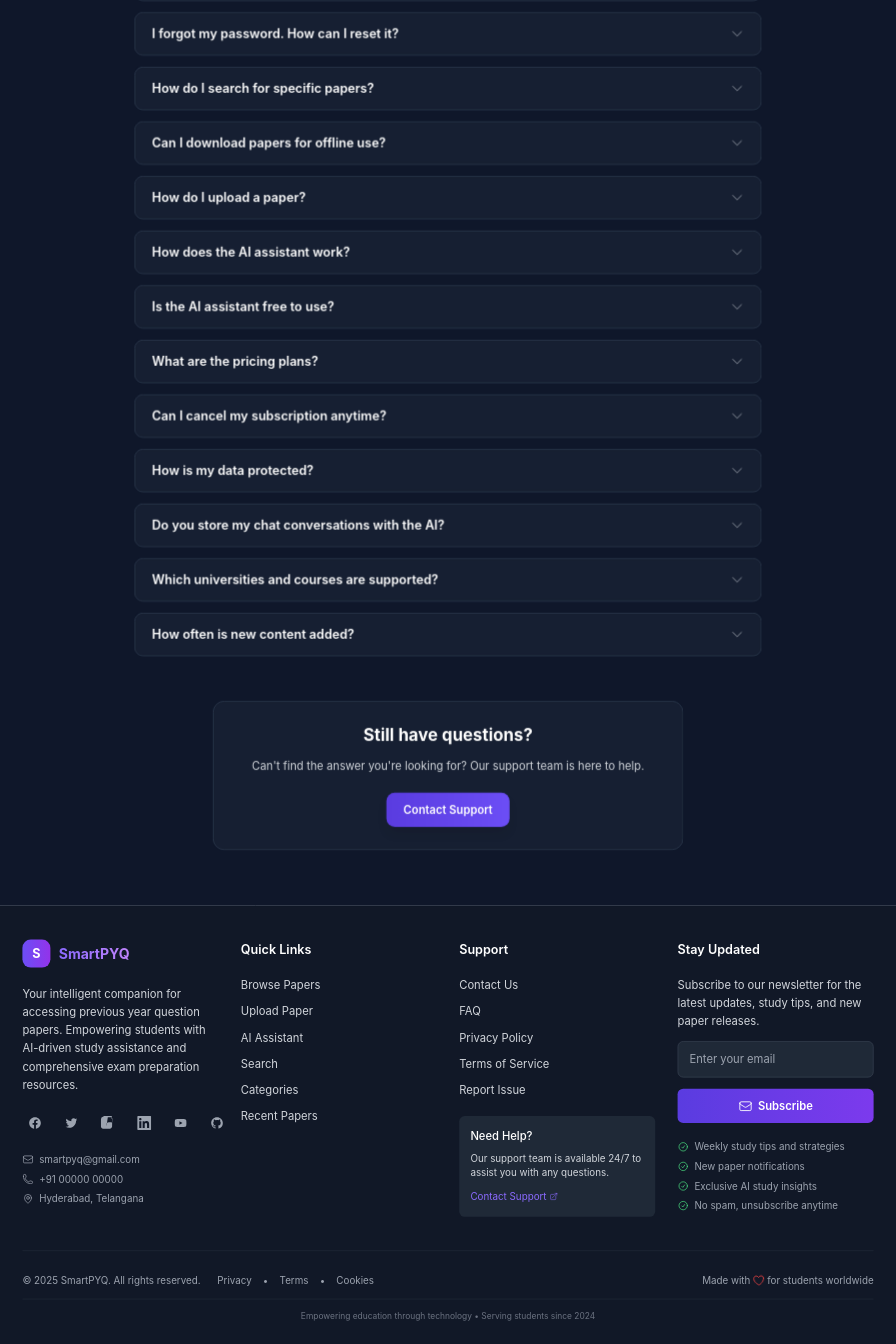
Repository: sumer52/smartpyq
Page: /faq (app in smartpyq-frontend/)
The author's editor kept a copy of each file at every save. The page is drawn from the files as they stood at one save, then again after the next save.
The browser window is 1280 px wide. The pictures show the part of the page from y = 746 to 2666 px (the page is 2666 px tall before and 2588 px after), at 70% of full size.
The project was rebuilt for these pictures with package versions that can differ from the ones it lists, and the page was loaded fresh each time. Also part of the build but not shown: smartpyq-frontend/vite.config.js. Imported but missing from the stored project, and not drawn on this page: smartpyq-frontend/src/pages/RegisterPage.

Above is the page before, as saved 2025-09-09 03:54:18.

### smartpyq-frontend/index.html
<!doctype html>
<html lang="en">
  <head>
    <meta charset="UTF-8" />
    <link rel="icon" type="image/svg+xml" href="/vite.svg" />
    <meta name="viewport" content="width=device-width, initial-scale=1.0" />
    <meta name="description" content="SmartPYQ - Unlock Previous Year Papers with AI-powered study assistance. Access, analyze, and excel with intelligent question paper platform." />
    <meta name="keywords" content="previous year papers, PYQ, AI study assistant, education, exam preparation, student platform" />
    <meta name="author" content="SmartPYQ Team" />

    <!-- Open Graph / Facebook -->
    <meta property="og:type" content="website" />
    <meta property="og:url" content="https://smartpyq.com/" />
    <meta property="og:title" content="SmartPYQ - Intelligent Previous Year Papers Platform" />
    <meta property="og:description" content="Unlock Previous Year Papers with AI-powered study assistance" />

    <!-- Twitter -->
    <meta property="twitter:card" content="summary_large_image" />
    <meta property="twitter:url" content="https://smartpyq.com/" />
    <meta property="twitter:title" content="SmartPYQ - Intelligent Previous Year Papers Platform" />
    <meta property="twitter:description" content="Unlock Previous Year Papers with AI-powered study assistance" />

    <!-- Accessibility -->
    <meta name="theme-color" content="#6C4EF6" />
    <meta name="color-scheme" content="light dark" />

    <!-- Preconnect for performance -->
    <link rel="preconnect" href="https://fonts.googleapis.com" />
    <link rel="preconnect" href="https://fonts.gstatic.com" crossorigin />

    <title>SmartPYQ - Intelligent Previous Year Papers Platform</title>
  </head>
  <body>
    <div id="root"></div>
    <script type="module" src="/src/main.jsx"></script>
  </body>
</html>

### smartpyq-frontend/src/main.jsx
import React from 'react'
import ReactDOM from 'react-dom/client'
import { BrowserRouter } from 'react-router-dom'
import App from './App.jsx'
import './index.css'

// Check for reduced motion preference
const prefersReducedMotion = window.matchMedia('(prefers-reduced-motion: reduce)').matches;

// Set CSS custom property for motion preference
if (prefersReducedMotion) {
  document.documentElement.style.setProperty('--motion-reduce', '1');
} else {
  document.documentElement.style.setProperty('--motion-reduce', '0');
}

// Add motion preference listener for dynamic changes
window.matchMedia('(prefers-reduced-motion: reduce)').addEventListener('change', (e) => {
  document.documentElement.style.setProperty('--motion-reduce', e.matches ? '1' : '0');
});

ReactDOM.createRoot(document.getElementById('root')).render(
  <React.StrictMode>
    <BrowserRouter>
      <App />
    </BrowserRouter>
  </React.StrictMode>,
)

### smartpyq-frontend/src/contexts/AuthContext.jsx
import React, { createContext, useContext, useState, useEffect } from 'react';

const AuthContext = createContext();

export const useAuth = () => {
  const context = useContext(AuthContext);
  if (!context) {
    throw new Error('useAuth must be used within an AuthProvider');
  }
  return context;
};

export const AuthProvider = ({ children }) => {
  const [user, setUser] = useState(null);
  const [isLoading, setIsLoading] = useState(true);
  const [isAuthenticated, setIsAuthenticated] = useState(false);

  // Mock user data for demonstration
  const mockUser = {
    id: 1,
    name: 'sumer',
    email: 'sumer@university.edu',
    avatar: 'https://images.unsplash.com/photo-1472099645785-5658abf4ff4e?w=150&h=150&fit=crop&crop=face',
    role: 'Student',
    course: 'B.Sc Computer Science',
    year: '3rd Year',
    semester: 'Semester 5',
    joinedDate: '2022-08-15',
    stats: {
      papersDownloaded: 47,
      studyStreak: 12,
      favoriteSubjects: ['Data Structures', 'Algorithms', 'Database Systems'],
      recentActivity: [
        { action: 'Downloaded', item: 'Data Structures - 2023 Paper', time: '2 hours ago' },
        { action: 'Saved', item: 'Algorithms - 2022 Paper', time: '1 day ago' },
        { action: 'Viewed', item: 'Database Systems - 2021 Paper', time: '2 days ago' }
      ]
    }
  };

  useEffect(() => {
    // Check for existing session
    const checkAuthStatus = () => {
      const token = localStorage.getItem('authToken');
      const userData = localStorage.getItem('userData');

      if (token && userData) {
        try {
          const parsedUser = JSON.parse(userData);
          setUser(parsedUser);
          setIsAuthenticated(true);
        } catch (error) {
          console.error('Error parsing user data:', error);
          localStorage.removeItem('authToken');
          localStorage.removeItem('userData');
        }
      }
      setIsLoading(false);
    };

    checkAuthStatus();
  }, []);

  const login = async (email, password) => {
    setIsLoading(true);

    try {
      // Simulate API call
      await new Promise(resolve => setTimeout(resolve, 1500));

      // Mock validation
      if (email === 'demo@smartpyq.com' && password === 'demo123') {
        const token = 'mock-jwt-token-' + Date.now();
        const userData = { ...mockUser, email };

        localStorage.setItem('authToken', token);
        localStorage.setItem('userData', JSON.stringify(userData));

        setUser(userData);
        setIsAuthenticated(true);
        setIsLoading(false);

        return { success: true, user: userData };
      } else {
        setIsLoading(false);
        return { success: false, error: 'Invalid email or password' };
      }
    } catch (error) {
      setIsLoading(false);
      return { success: false, error: 'Login failed. Please try again.' };
    }
  };

  const register = async (userData) => {
    setIsLoading(true);

    try {
      // Simulate API call
      await new Promise(resolve => setTimeout(resolve, 2000));

      const token = 'mock-jwt-token-' + Date.now();
      const newUser = {
        ...mockUser,
        name: userData.name,
        email: userData.email,
        course: userData.course || 'B.Sc Computer Science',
        stats: {
          ...mockUser.stats,
          papersDownloaded: 0,
          studyStreak: 0,
          recentActivity: []
        }
      };

      localStorage.setItem('authToken', token);
      localStorage.setItem('userData', JSON.stringify(newUser));

      setUser(newUser);
      setIsAuthenticated(true);
      setIsLoading(false);

      return { success: true, user: newUser };
    } catch (error) {
      setIsLoading(false);
      return { success: false, error: 'Registration failed. Please try again.' };
    }
  };

  const logout = () => {
    localStorage.removeItem('authToken');
    localStorage.removeItem('userData');
    setUser(null);
    setIsAuthenticated(false);
  };

  const updateUser = (updatedData) => {
    const updatedUser = { ...user, ...updatedData };
    setUser(updatedUser);
    localStorage.setItem('userData', JSON.stringify(updatedUser));
  };

  const forgotPassword = async (email) => {
    setIsLoading(true);

    try {
      // Simulate API call
      await new Promise(resolve => setTimeout(resolve, 1000));
      setIsLoading(false);
      return { success: true, message: 'Password reset link sent to your email' };
    } catch (error) {
      setIsLoading(false);
      return { success: false, error: 'Failed to send reset link' };
    }
  };

  const value = {
    user,
    isAuthenticated,
    isLoading,
    login,
    register,
    logout,
    updateUser,
    forgotPassword
  };

  return (
    <AuthContext.Provider value={value}>
      {children}
    </AuthContext.Provider>
  );
};

export default AuthContext;

### smartpyq-frontend/src/pages/FAQPage.jsx
import React, { useState } from 'react';
import { motion, AnimatePresence } from 'framer-motion';
import {
  ChevronDownIcon,
  MagnifyingGlassIcon,
  QuestionMarkCircleIcon,
  BookOpenIcon,
  UserIcon,
  CreditCardIcon,
  ShieldCheckIcon,
  ChatBubbleLeftRightIcon,
} from '@heroicons/react/24/outline';

const FAQPage = () => {
  const [searchTerm, setSearchTerm] = useState('');
  const [selectedCategory, setSelectedCategory] = useState('all');
  const [openItems, setOpenItems] = useState(new Set());

  const categories = [
    { id: 'all', name: 'All Questions', icon: QuestionMarkCircleIcon },
    { id: 'general', name: 'General', icon: BookOpenIcon },
    { id: 'account', name: 'Account', icon: UserIcon },
    { id: 'papers', name: 'Papers & Content', icon: BookOpenIcon },
    { id: 'ai', name: 'AI Assistant', icon: ChatBubbleLeftRightIcon },
    { id: 'billing', name: 'Billing', icon: CreditCardIcon },
    { id: 'privacy', name: 'Privacy & Security', icon: ShieldCheckIcon },
  ];

  const faqs = [
    {
      id: 1,
      category: 'general',
      question: 'What is SmartPYQ?',
      answer: 'SmartPYQ is an intelligent platform that provides students with access to previous year question papers (PYQs) from various universities and courses. Our AI-powered assistant helps you study more effectively by providing personalized recommendations and answering your questions about the papers.'
    },
    {
      id: 2,
      category: 'general',
      question: 'How do I get started with SmartPYQ?',
      answer: 'Getting started is easy! Simply sign up for a free account, browse our extensive collection of previous year papers, or use our AI assistant to get personalized study recommendations. You can also upload papers to contribute to our community.'
    },
    {
      id: 3,
      category: 'account',
      question: 'How do I create an account?',
      answer: 'Click the "Sign Up" button in the top navigation, fill in your details including name, email, and password. You\'ll receive a verification email to activate your account. You can also try our demo account with email: sson@demo.com and password: demo123.'
    },
    {
      id: 4,
      category: 'account',
      question: 'I forgot my password. How can I reset it?',
      answer: 'On the login page, click "Forgot Password?" and enter your email address. We\'ll send you a secure link to reset your password. Make sure to check your spam folder if you don\'t see the email within a few minutes.'
    },
    {
      id: 5,
      category: 'papers',
      question: 'How do I search for specific papers?',
      answer: 'Use our advanced search feature to filter papers by university, course, subject, year, and semester. You can also use keywords to find specific topics or question types. Our AI-powered search understands natural language queries.'
    },
    {
      id: 6,
      category: 'papers',
      question: 'Can I download papers for offline use?',
      answer: 'Yes! Registered users can download papers in PDF format for offline studying. Downloaded papers include a watermark with your account information for security purposes.'
    },
    {
      id: 7,
      category: 'papers',
      question: 'How do I upload a paper?',
      answer: 'Navigate to the Upload section, select your PDF file, and fill in the paper details including university, course, subject, and year. Our system will automatically scan the file for viruses and process it for inclusion in our database.'
    },
    {
      id: 8,
      category: 'ai',
      question: 'How does the AI assistant work?',
      answer: 'Our AI assistant, powered by advanced language models, can help you understand question patterns, provide study tips, explain concepts, and recommend relevant papers based on your study goals. Simply ask questions in natural language.'
    },
    {
      id: 9,
      category: 'ai',
      question: 'Is the AI assistant free to use?',
      answer: 'Basic AI assistant features are free for all registered users. Premium features like detailed explanations, personalized study plans, and unlimited queries are available with our paid plans.'
    },
    {
      id: 10,
      category: 'billing',
      question: 'What are the pricing plans?',
      answer: 'We offer a free tier with basic features, and premium plans starting at ₹99/month with unlimited downloads, advanced AI features, and priority support. Student discounts are available with valid ID verification.'
    },
    {
      id: 11,
      category: 'billing',
      question: 'Can I cancel my subscription anytime?',
      answer: 'Yes, you can cancel your subscription at any time from your account settings. Your premium features will remain active until the end of your current billing period.'
    },
    {
      id: 12,
      category: 'privacy',
      question: 'How is my data protected?',
      answer: 'We use industry-standard encryption to protect your data. Your personal information is never shared with third parties without your consent. All uploaded papers are scanned for viruses and stored securely.'
    },
    {
      id: 13,
      category: 'privacy',
      question: 'Do you store my chat conversations with the AI?',
      answer: 'Chat conversations are stored temporarily to provide context for ongoing discussions. You can delete your chat history at any time from your account settings. We never use your conversations to train our models without explicit consent.'
    },
    {
      id: 14,
      category: 'general',
      question: 'Which universities and courses are supported?',
      answer: 'We support papers from major Telangana universities including Osmania University for undergraduate degrees.'
    },
    {
      id: 15,
      category: 'papers',
      question: 'How often is new content added?',
      answer: 'New papers are added regularly as they become available after each exam session. Our community also contributes by uploading papers, which are verified and added to our database after quality checks.'
    }
  ];

  const toggleItem = (id) => {
    const newOpenItems = new Set(openItems);
    if (newOpenItems.has(id)) {
      newOpenItems.delete(id);
    } else {
      newOpenItems.add(id);
    }
    setOpenItems(newOpenItems);
  };

  const filteredFAQs = faqs.filter(faq => {
    const matchesCategory = selectedCategory === 'all' || faq.category === selectedCategory;
    const matchesSearch = searchTerm === '' ||
      faq.question.toLowerCase().includes(searchTerm.toLowerCase()) ||
      faq.answer.toLowerCase().includes(searchTerm.toLowerCase());
    return matchesCategory && matchesSearch;
  });

  return (
    <div className="min-h-screen bg-gradient-to-br from-bg-dark via-slate-900 to-bg-dark">
      {/* Hero Section */}
      <section className="relative py-20 px-4 sm:px-6 lg:px-8">
        <div className="max-w-7xl mx-auto">
          <motion.div
            initial={{ opacity: 0, y: 20 }}
            animate={{ opacity: 1, y: 0 }}
            transition={{ duration: 0.6 }}
            className="text-center mb-16"
          >
            <h1 className="text-4xl md:text-6xl font-bold text-white mb-6">
              Frequently Asked <span className="text-transparent bg-clip-text bg-gradient-to-r from-brand-500 to-accent-500">Questions</span>
            </h1>
            <p className="text-xl text-gray-300 max-w-3xl mx-auto mb-8">
              Find answers to common questions about SmartPYQ. Can't find what you're looking for? Contact our support team.
            </p>

            {/* Search Bar */}
            <div className="max-w-2xl mx-auto relative">
              <div className="relative">
                <MagnifyingGlassIcon className="absolute left-4 top-1/2 transform -translate-y-1/2 w-5 h-5 text-gray-400" />
                <input
                  type="text"
                  placeholder="Search FAQs..."
                  value={searchTerm}
                  onChange={(e) => setSearchTerm(e.target.value)}
                  className="w-full pl-12 pr-4 py-4 bg-slate-800/50 backdrop-blur-sm border border-slate-700 rounded-xl text-white placeholder-gray-400 focus:outline-none focus:ring-2 focus:ring-brand-500 focus:border-transparent transition-all duration-200"
                />
              </div>
            </div>
          </motion.div>

          {/* Category Filter */}
          <motion.div
            initial={{ opacity: 0, y: 20 }}
            animate={{ opacity: 1, y: 0 }}
            transition={{ duration: 0.6, delay: 0.2 }}
            className="flex flex-wrap justify-center gap-3 mb-12"
          >
            {categories.map((category) => {
              const IconComponent = category.icon;
              return (
                <motion.button
                  key={category.id}
                  onClick={() => setSelectedCategory(category.id)}
                  className={`flex items-center space-x-2 px-4 py-2 rounded-lg font-medium transition-all duration-200 ${
                    selectedCategory === category.id
                      ? 'bg-gradient-to-r from-brand-500 to-accent-500 text-white'
                      : 'bg-slate-800/50 text-gray-300 hover:bg-slate-700/50 hover:text-white'
                  }`}
                  whileHover={{ scale: 1.05 }}
                  whileTap={{ scale: 0.95 }}
                >
                  <IconComponent className="w-4 h-4" />
                  <span>{category.name}</span>
                </motion.button>
              );
            })}
          </motion.div>

          {/* FAQ List */}
          <motion.div
            initial={{ opacity: 0, y: 20 }}
            animate={{ opacity: 1, y: 0 }}
            transition={{ duration: 0.6, delay: 0.4 }}
            className="max-w-4xl mx-auto"
          >
            {filteredFAQs.length === 0 ? (
              <div className="text-center py-12">
                <QuestionMarkCircleIcon className="w-16 h-16 text-gray-500 mx-auto mb-4" />
                <h3 className="text-xl font-semibold text-gray-400 mb-2">No FAQs found</h3>
                <p className="text-gray-500">Try adjusting your search terms or category filter.</p>
              </div>
            ) : (
              <div className="space-y-4">
                {filteredFAQs.map((faq, index) => (
                  <motion.div
                    key={faq.id}
                    initial={{ opacity: 0, y: 20 }}
                    animate={{ opacity: 1, y: 0 }}
                    transition={{ duration: 0.4, delay: index * 0.1 }}
                    className="bg-slate-800/50 backdrop-blur-sm border border-slate-700 rounded-xl overflow-hidden"
                  >
                    <button
                      onClick={() => toggleItem(faq.id)}
                      className="w-full px-6 py-4 text-left flex items-center justify-between hover:bg-slate-700/30 transition-colors duration-200"
                    >
                      <h3 className="text-lg font-semibold text-white pr-4">
                        {faq.question}
                      </h3>
                      <motion.div
                        animate={{ rotate: openItems.has(faq.id) ? 180 : 0 }}
                        transition={{ duration: 0.2 }}
                      >
                        <ChevronDownIcon className="w-5 h-5 text-gray-400 flex-shrink-0" />
                      </motion.div>
                    </button>

                    <AnimatePresence>
                      {openItems.has(faq.id) && (
                        <motion.div
                          initial={{ height: 0, opacity: 0 }}
                          animate={{ height: 'auto', opacity: 1 }}
                          exit={{ height: 0, opacity: 0 }}
                          transition={{ duration: 0.3 }}
                          className="overflow-hidden"
                        >
                          <div className="px-6 pb-4 border-t border-slate-700">
                            <p className="text-gray-300 leading-relaxed pt-4">
                              {faq.answer}
                            </p>
                          </div>
                        </motion.div>
                      )}
                    </AnimatePresence>
                  </motion.div>
                ))}
              </div>
            )}
          </motion.div>

          {/* Contact CTA */}
          <motion.div
            initial={{ opacity: 0, y: 20 }}
            animate={{ opacity: 1, y: 0 }}
            transition={{ duration: 0.6, delay: 0.6 }}
            className="text-center mt-16"
          >
            <div className="bg-slate-800/50 backdrop-blur-sm border border-slate-700 rounded-2xl p-8 max-w-2xl mx-auto">
              <h3 className="text-2xl font-bold text-white mb-4">
                Still have questions?
              </h3>
              <p className="text-gray-300 mb-6">
                Can't find the answer you're looking for? Our support team is here to help.
              </p>
              <motion.button
                onClick={() => window.location.href = '/contact'}
                className="btn-primary px-8 py-3 font-semibold"
                whileHover={{ scale: 1.05 }}
                whileTap={{ scale: 0.95 }}
              >
                Contact Support
              </motion.button>
            </div>
          </motion.div>
        </div>
      </section>
    </div>
  );
};

export default FAQPage;

Loaded but not shown: smartpyq-frontend/tailwind.config.js (108 lines, source omitted); smartpyq-frontend/src/components/ChatWidget.jsx (576 lines, source omitted); smartpyq-frontend/src/components/Footer.jsx (469 lines, source omitted); smartpyq-frontend/src/components/Header.jsx (320 lines, source omitted); smartpyq-frontend/src/App.jsx (335 lines, source omitted); smartpyq-frontend/src/index.css (285 lines, source omitted)

After the next save:
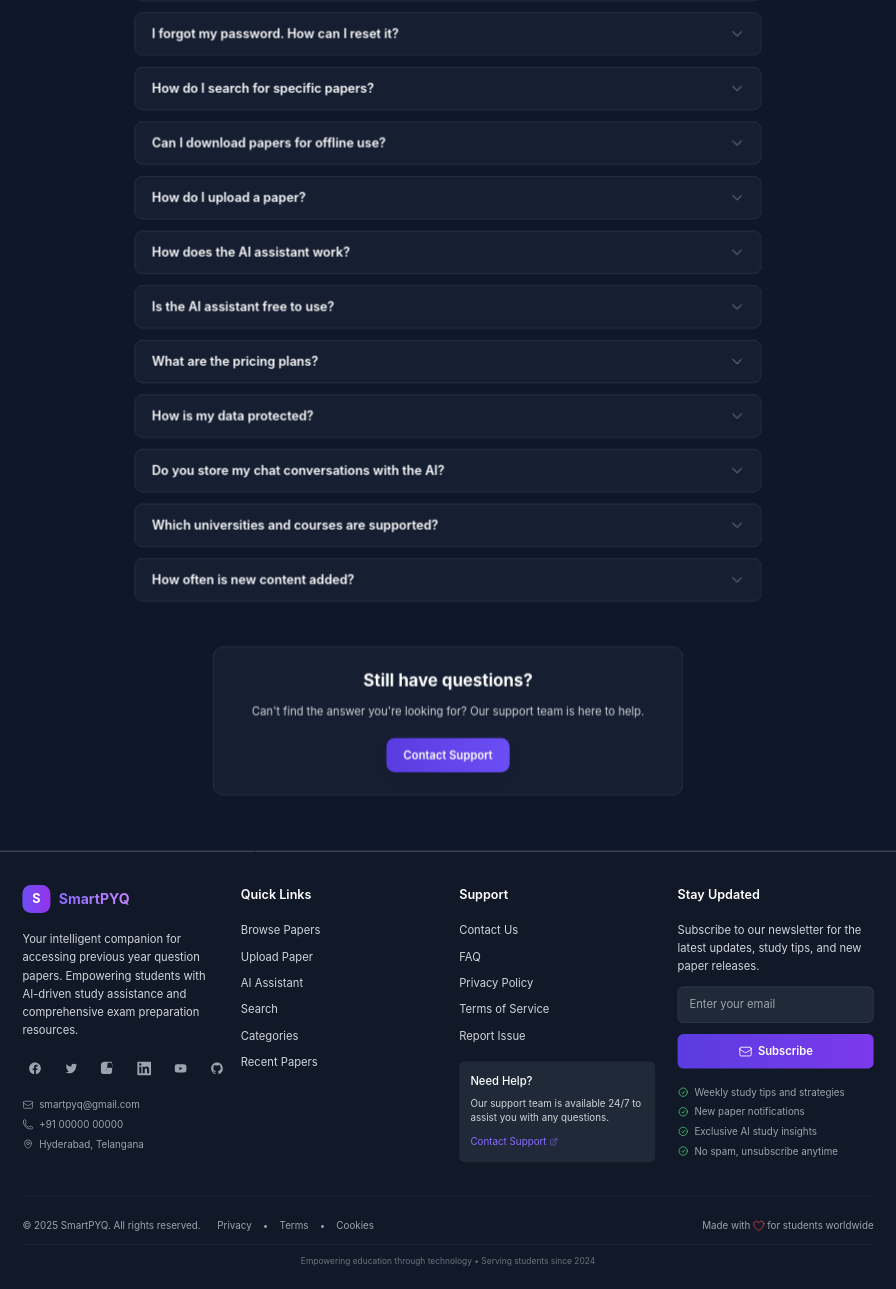
Saved 3 min 55 s later.
--- a/smartpyq-frontend/src/pages/FAQPage.jsx
+++ b/smartpyq-frontend/src/pages/FAQPage.jsx
@@ -86,12 +86,6 @@ const FAQPage = () => {
       category: 'billing',
       question: 'What are the pricing plans?',
       answer: 'We offer a free tier with basic features, and premium plans starting at ₹99/month with unlimited downloads, advanced AI features, and priority support. Student discounts are available with valid ID verification.'
-    },
-    {
-      id: 11,
-      category: 'billing',
-      question: 'Can I cancel my subscription anytime?',
-      answer: 'Yes, you can cancel your subscription at any time from your account settings. Your premium features will remain active until the end of your current billing period.'
     },
     {
       id: 12,
